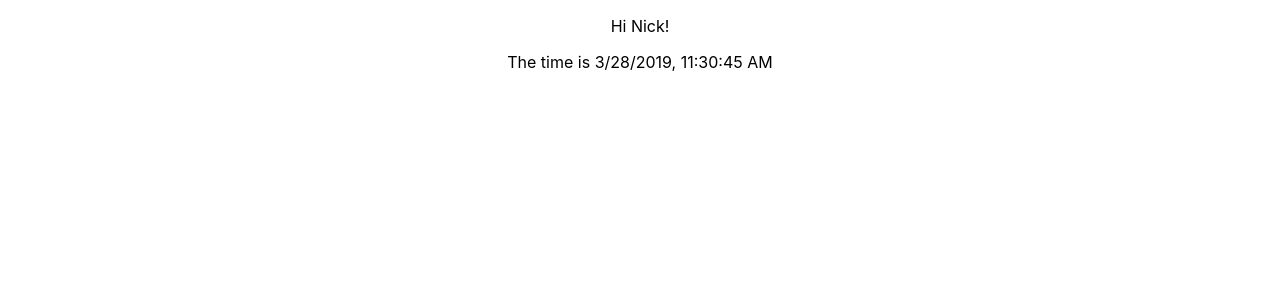
Repository: crispinonicky/gummy-facts
Page: /
The author's editor kept a copy of each file at every save. The page is drawn from the files as they stood at one save, then again after the next save.
The browser window is 1280 px wide. The pictures show the whole page.
The project was rebuilt for these pictures with package versions that can differ from the ones it lists, and the page was loaded fresh each time.

Above is the page before, as saved 2019-03-28 12:51:30.

After the next save:
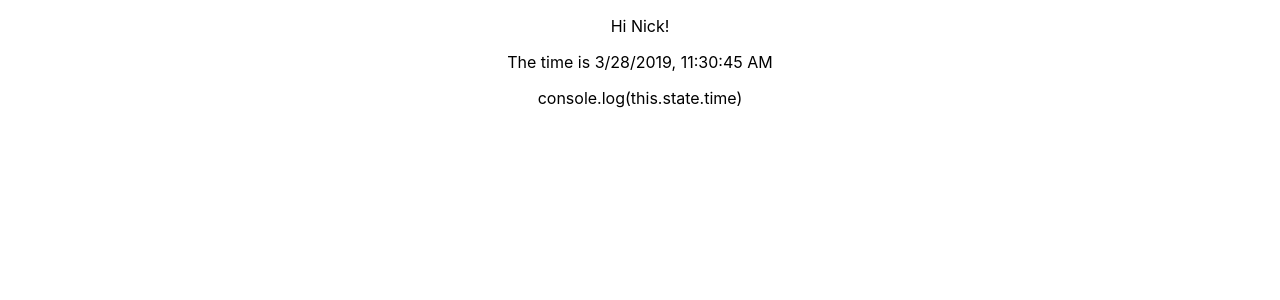
Saved 69 s later.
--- a/src/components/Clock.js
+++ b/src/components/Clock.js
@@ -36,6 +36,7 @@
       <p>
         The time is {this.state.time}
       </p>
+      console.log(this.state.time)
       </div>
     );
   }

After the 2 saves that followed:
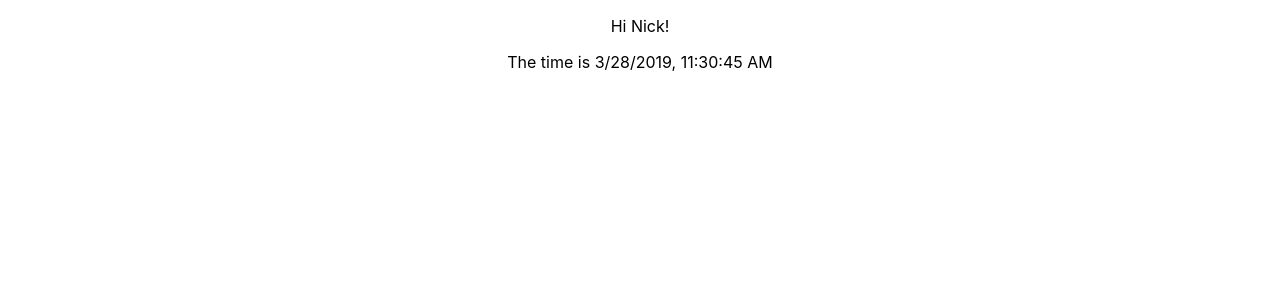
The 2 saves are shown as one change because 1 did not build or start.
The last was saved 26 s later.
--- a/src/components/Clock.js
+++ b/src/components/Clock.js
@@ -36,10 +36,11 @@
       <p>
         The time is {this.state.time}
       </p>
-      console.log(this.state.time)
       </div>
     );
   }
 }
 
+console.log(time)
+
 export default Clock;
